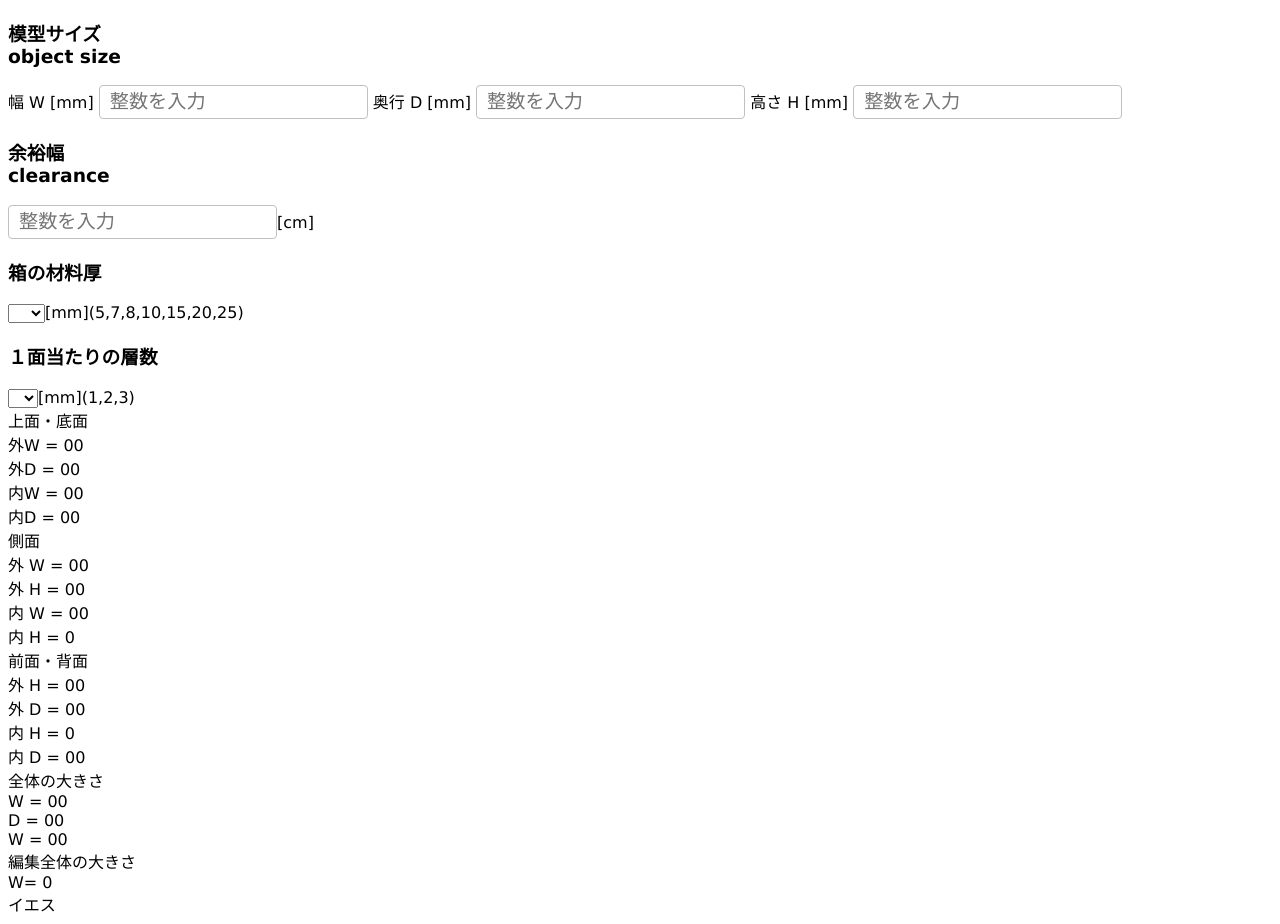
Repository: kiyo6318/project00
Page: index.html
The author's editor kept a copy of each file at every save. The page is drawn from the files as they stood at one save, then again after the next save.
The browser window is 1280 px wide. The pictures show the whole page.

Above is the page before, as saved 2020-08-23 13:34:36.

After the next save:
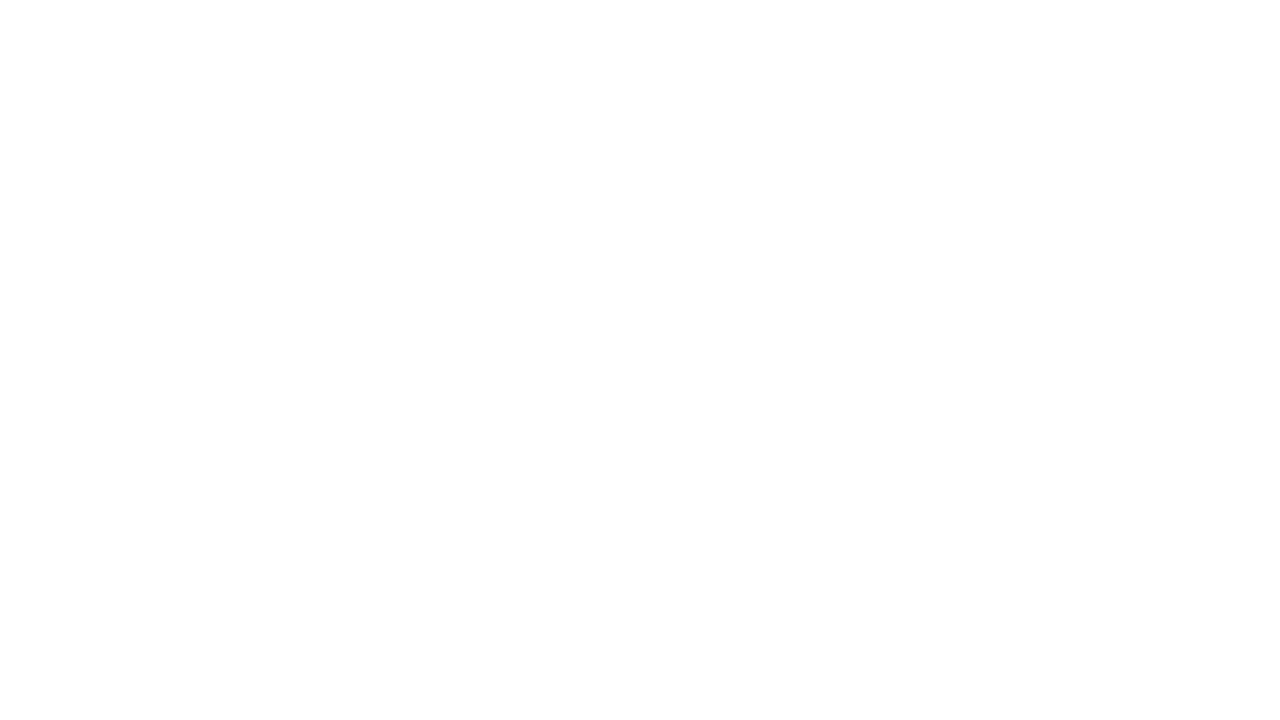
Saved 2 min 28 s later.
--- a/js/index.js
+++ b/js/index.js
@@ -71,7 +71,7 @@
       if (number) return Math.floor(this.widthOverallSize / 10) * 10;
     },
     test: function () {
-      num = this.widthOverallSize + "";
+      num = this.widthOverallSize.toString.slice(-1);
       parseFloat(num.slice(-1));
       if (number < 4) {
         return "イエス";

After the 2 saves that followed:
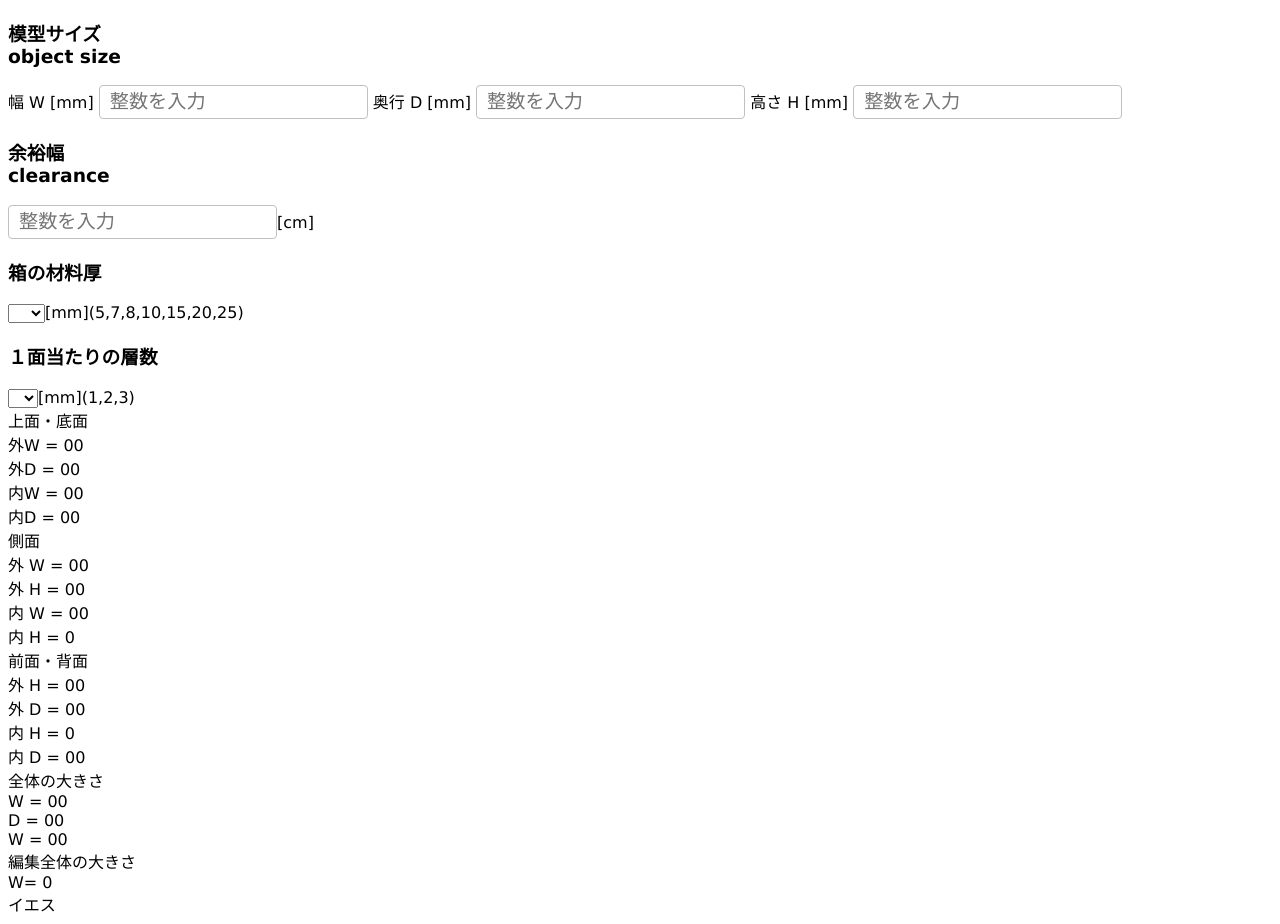
The 2 saves are shown as one change because 1 left the picture as it was.
The last was saved 40 s later.
--- a/js/index.js
+++ b/js/index.js
@@ -71,7 +71,7 @@
       if (number) return Math.floor(this.widthOverallSize / 10) * 10;
     },
     test: function () {
-      num = this.widthOverallSize.toString.slice(-1);
+      num = this.widthOverallSize + "";
       parseFloat(num.slice(-1));
       if (number < 4) {
         return "イエス";
